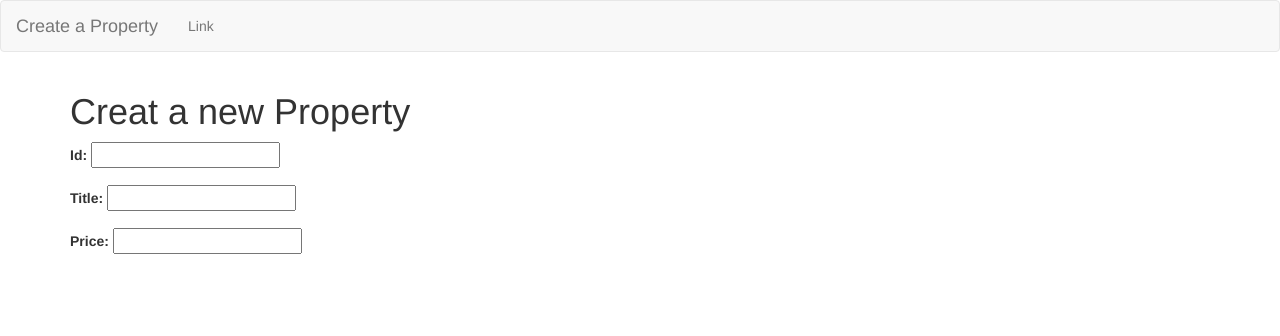
Repository: djoysilva/vivaRealChallenge
Page: http://localhost/vivaReal2.0/createProperty.jsp
The author's editor kept a copy of each file at every save. The page is drawn from the files as they stood at one save, then again after the next save.
The browser window is 1280 px wide. The pictures show the whole page.
The page is served by Tomcat 9.

Above is the page before, as saved 2016-11-02 20:54:10.

After the next save:
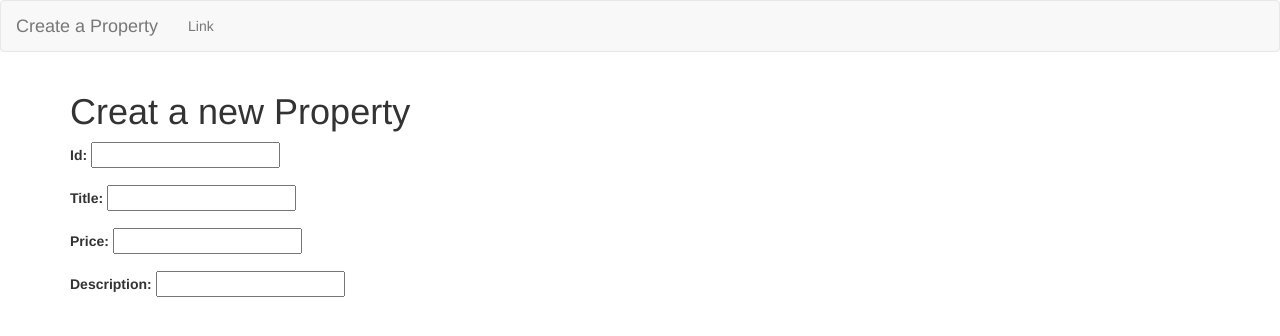
Saved 9 min 44 s later.
--- a/VivaRealWorkSpace/vivaReal2.0/WebContent/createProperty.jsp
+++ b/VivaRealWorkSpace/vivaReal2.0/WebContent/createProperty.jsp
@@ -27,6 +27,10 @@
 						<label for="idPrice">Price:</label>
 						<input type="text" name="price" id="idPrice">
 					</div>
+					<div class = "form-group">
+						<label for="idDesc">Description:</label>
+						<input type="text" name="description" id="idDesc">
+					</div>
 				</form>
 			</div>
 		</div>
